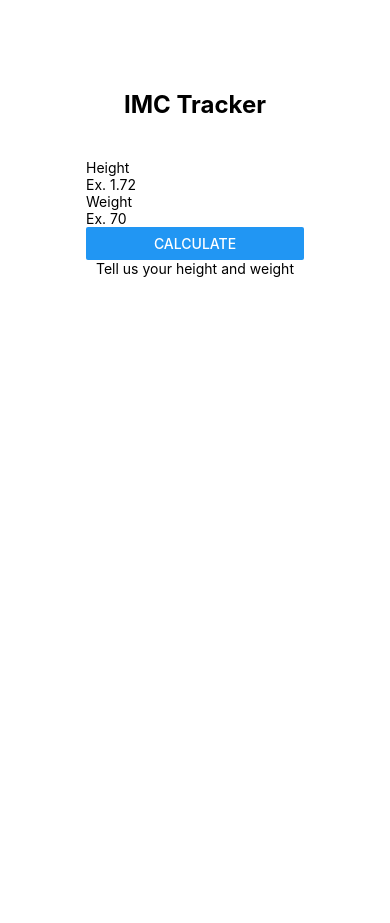
Repository: rubenmatias08/IMCTracker
Screen: /
An editor plug-in stored every save of this project. The screen is shown before and after the next save, followed by the edit.
The app was drawn by React Native's web renderer in a window 390 px wide. The project was rebuilt for these pictures with package versions that can differ from the ones it lists, and the page was loaded fresh each time.

Above is the screen before, as saved 2024-03-10 17:27:36.

After the next save:
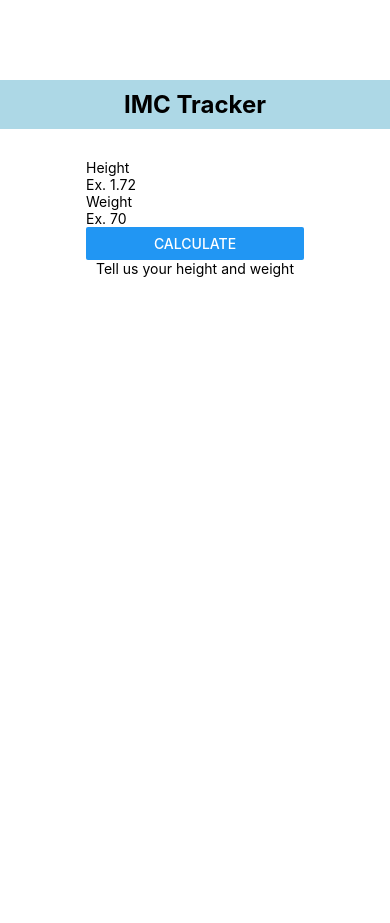
Saved 61 s later.
--- a/src/components/Title/style.js
+++ b/src/components/Title/style.js
@@ -5,6 +5,7 @@ const styles = StyleSheet.create( {
         alignItems: "center",
         justifyContent: "center",
         padding: 10,
+        backgroundColor:"#ADD8E6"
     },
     textTitle: {
         color:"",
